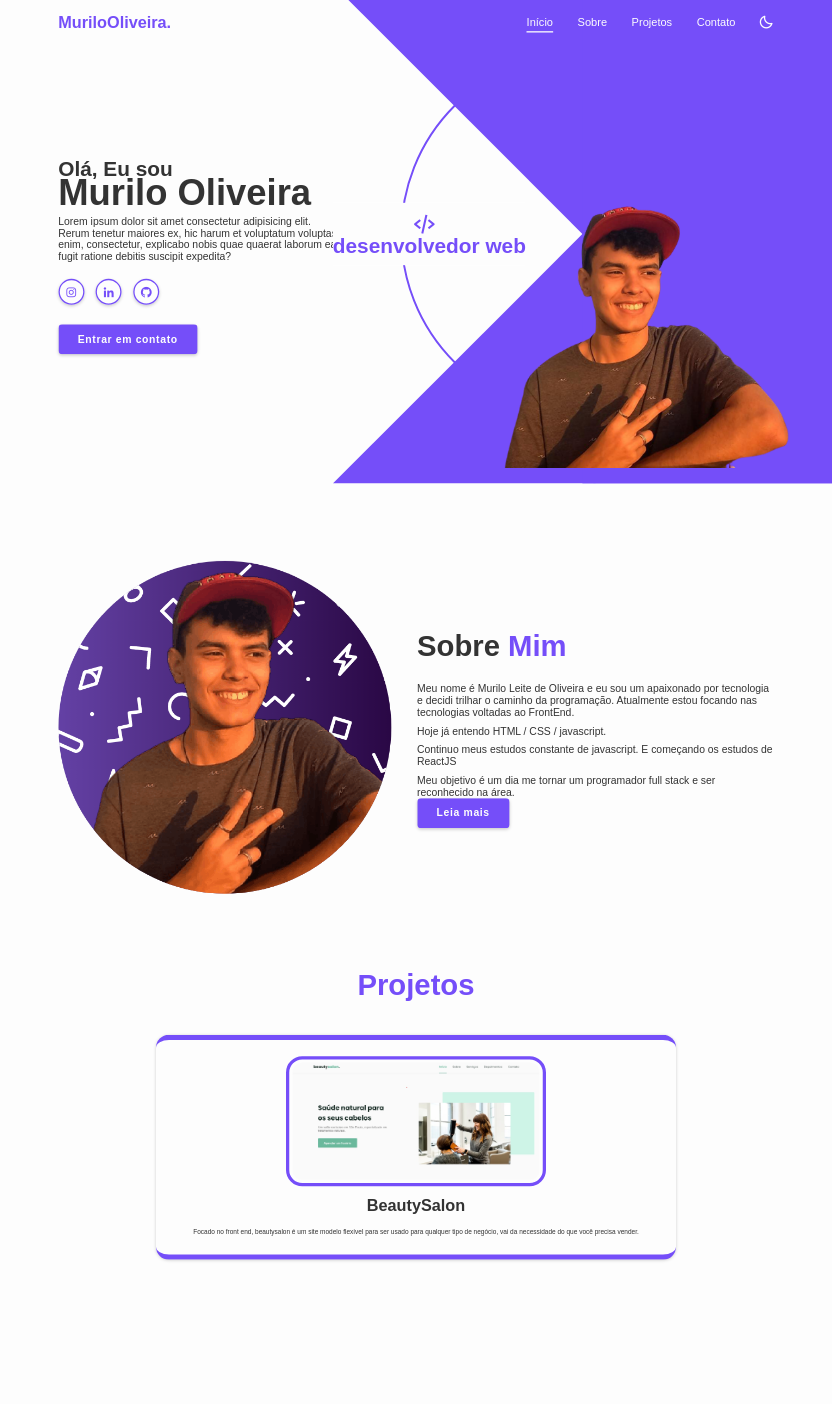
Repository: devMuriloOliveira/Portfolio-
Page: index.html
These files come from the project's save history. The page is drawn as it stood at one moment and after the next save; the edit follows.
The browser window is 1280 px wide. The pictures show the whole page, at 65% of full size.

Above is the page before, as saved 2023-03-12 17:42:38.

After the next save:
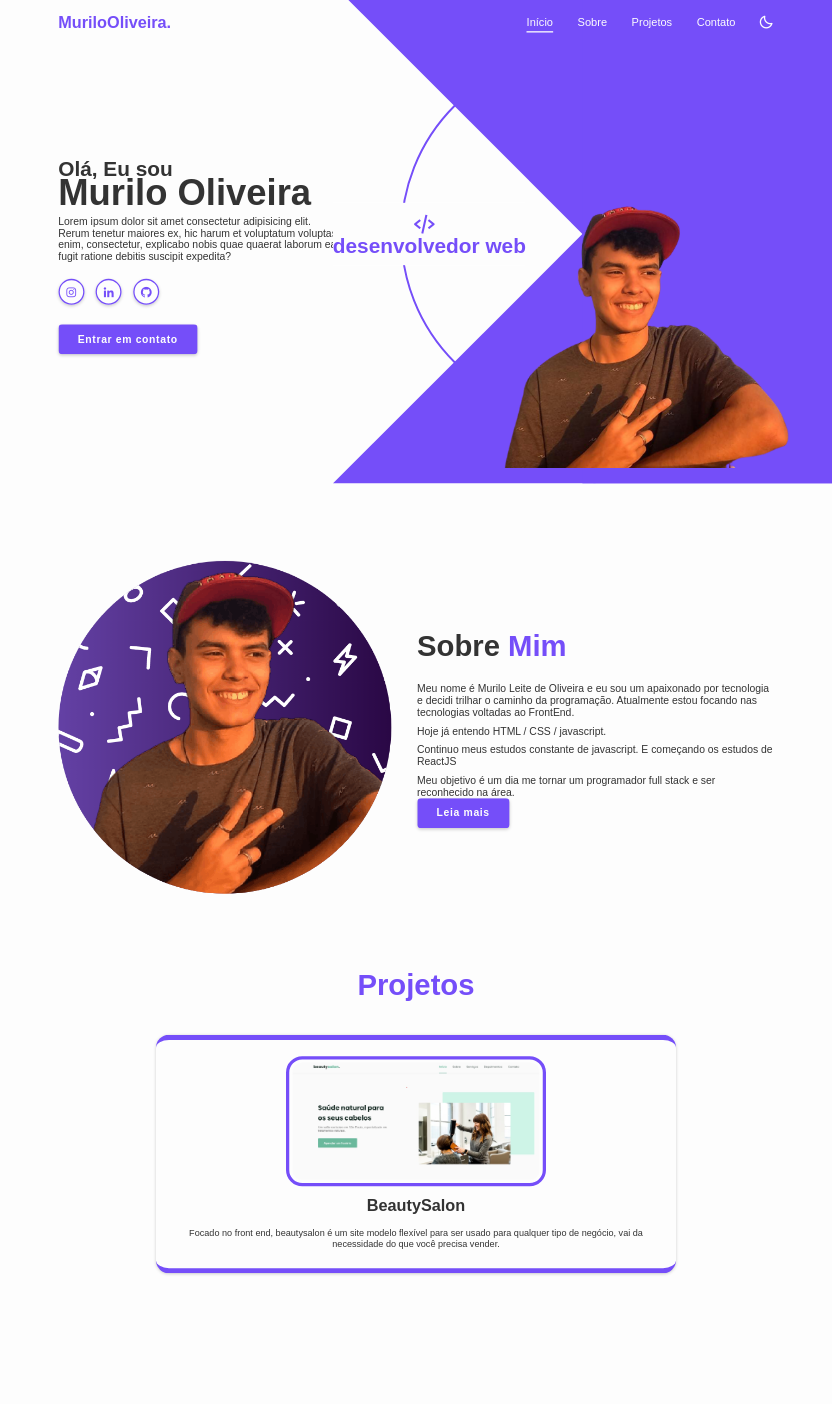
Saved 57 s later.
--- a/style.css
+++ b/style.css
@@ -326,3 +326,8 @@ span{
   font-size: 2.5rem;
   margin: 2rem 0;
 }
+
+.projetos-slide p{
+  font-size: 1.4rem;
+  text-align: center;
+}
